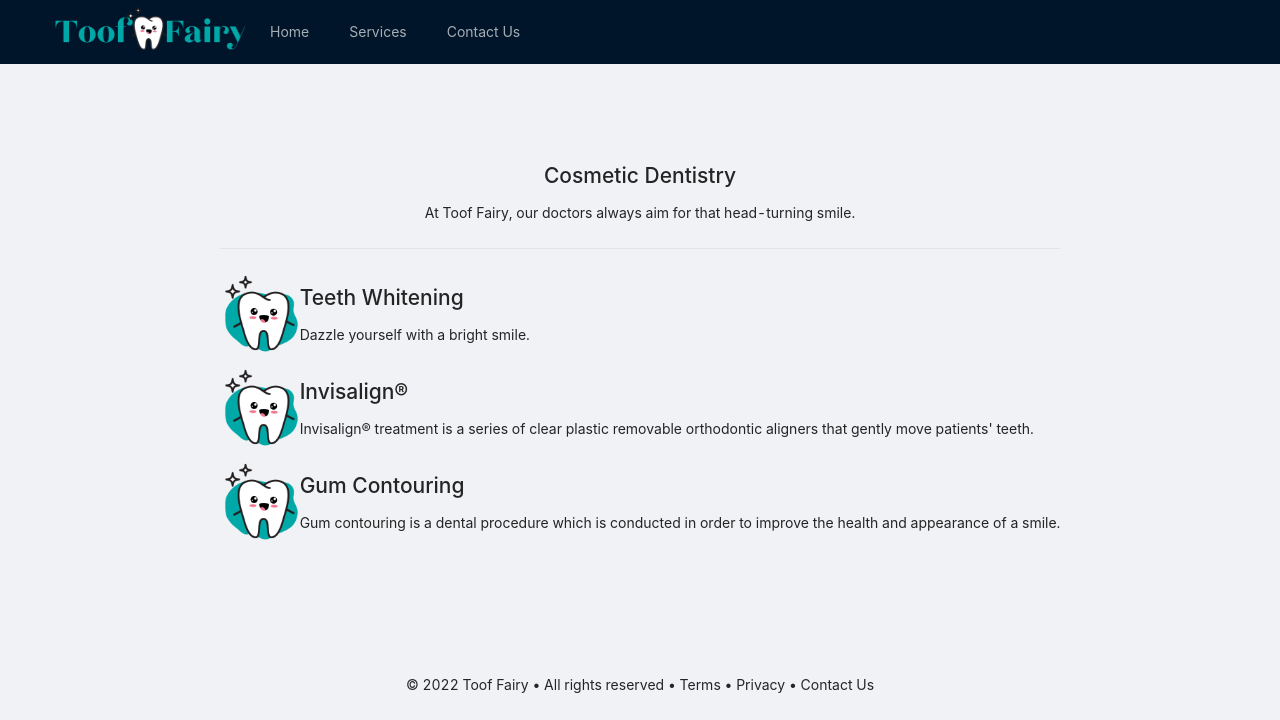
Repository: neldad1/dentist-app
Page: /cosmetic
These files come from the project's save history. The page is drawn as it stood at one moment and after the next save; the edit follows.
The browser window is 1280 px wide. The pictures show the whole page.
The project was rebuilt for these pictures with package versions that can differ from the ones it lists, and the page was loaded fresh each time. Also part of the build but not shown: src/components/Home.jsx, src/components/Contact.jsx, src/components/Services/Resorative.jsx, src/components/Services/Preventative.jsx.

Above is the page before, as saved 2022-03-09 22:02:13.

### public/index.html
<!DOCTYPE html>
<html lang="en">
  <head>
    <meta charset="utf-8" />
    <link rel="ico" href="%PUBLIC_URL%/tfLogo512.svg" />
    <meta name="viewport" content="width=device-width, initial-scale=1" />
    <meta name="theme-color" content="#000000" />
    <meta
      name="description"
      content="Web site created using create-react-app"
    />
    <link rel="apple-touch-icon" href="%PUBLIC_URL%/tfLogo192.png" />
    <!--
      manifest.json provides metadata used when your web app is installed on a
      user's mobile device or desktop. See https://developers.google.com/web/fundamentals/web-app-manifest/
    -->
    <link rel="manifest" href="%PUBLIC_URL%/manifest.json" />
    <!--
      Notice the use of %PUBLIC_URL% in the tags above.
      It will be replaced with the URL of the `public` folder during the build.
      Only files inside the `public` folder can be referenced from the HTML.

      Unlike "/favicon.ico" or "favicon.ico", "%PUBLIC_URL%/favicon.ico" will
      work correctly both with client-side routing and a non-root public URL.
      Learn how to configure a non-root public URL by running `npm run build`.
    -->
    <title>Toof Fairy</title>
  </head>
  <body>
    <noscript>You need to enable JavaScript to run this app.</noscript>
    <div id="root"></div>
    <!--
      This HTML file is a template.
      If you open it directly in the browser, you will see an empty page.

      You can add webfonts, meta tags, or analytics to this file.
      The build step will place the bundled scripts into the <body> tag.

      To begin the development, run `npm start` or `yarn start`.
      To create a production bundle, use `npm run build` or `yarn build`.
    -->
  </body>
</html>

### src/App.js
import { BrowserRouter } from 'react-router-dom';
import './App.css';
import 'antd/dist/antd.min.css';
import Navigation from './components/Router/Navigation';
import AppRoutes from './components/Router/AppRoutes';
import { Layout } from 'antd';
import HeaderLogo from './components/HeaderLogo';
const { Header, Footer, Content } = Layout;

function App() {
  return (
    <Layout className="layout">
      <BrowserRouter>
        <Header>
          <HeaderLogo />
          <Navigation />
        </Header>
        <Content className="content">
          <AppRoutes />
        </Content>
      </BrowserRouter>
      <Footer className="footer">
        © 2022 Toof Fairy • All rights reserved • Terms • Privacy • Contact Us
      </Footer>
    </Layout>
  );
}

export default App;

### src/App.css
.layout {
  height: 100vh;
  width: 100vw;
  text-align: center;
}

.navigation {
  background-color: inherit;;
}

.logo {
  width: 200px;
  height: 50px;
  float: left;
  margin-top: 4px;
}

.footer {
  color: white;
}

.content, .home {
  display: flex;
  flex-direction: column;
  align-items: center;
  justify-content: center;
}

.intro-wrapper {
  text-align: center;
}

.home {
  width: 100%;
  height: 100%;
  background-image: url('/public/cropped.jpg');
  background-size: cover;
  background-repeat: no-repeat;
}

.content-wrapper {
  width: 50%;
  font-family: 'Segoe UI', sans-serif;
  margin-left: 10em;
  color: whitesmoke;
  display: block;
}
.tagline1 {
  font-weight: bolder;
  font-size: 2em;
  margin: 0;
  line-height: 1;
}

.contact-form {
  text-align: left;
}

.service-info {
  display: flex;
  text-align: left;
  margin-bottom: 1em;
  align-items: center;
}

### src/components/Router/Navigation.jsx
import { Link } from 'react-router-dom';
import { Menu } from 'antd';
const { SubMenu } = Menu;

const Navigation = () => {
  return (
    <Menu mode="horizontal" theme="dark">
      <Menu.Item key="home">
        <span>Home</span>
        <Link to="/" />
      </Menu.Item>
      <SubMenu key="subMenu" title="Services">
        <Menu.Item key="cosmetic">
          <span>Cosmetic</span>
          <Link to="/cosmetic" />
        </Menu.Item>
        <Menu.Item key="restore">
          <span>Restorative</span>
          <Link to="/restorative" />
        </Menu.Item>
        <Menu.Item key="prevent">
          <span>Preventative</span>
          <Link to="/preventative" />
        </Menu.Item>
      </SubMenu>
      <Menu.Item key="contact">
        <span>Contact Us</span>
        <Link to="/contact" />
      </Menu.Item>
    </Menu>
  );
};

export default Navigation;

### src/components/Router/AppRoutes.jsx
import { Route, Routes } from 'react-router-dom';
import Home from '../Home';
import Services from '../Services';
import Contact from '../Contact';
import Cosmetic from '../Services/Cosmetic';
import Restorative from '../Services/Resorative';
import Preventative from '../Services/Preventative';

const AppRoutes = () => {
  return (
    <Routes>
      <Route exact path="/" element={<Home />} />
      <Route path="/cosmetic" element={<Cosmetic />} />
      <Route path="/restorative" element={<Restorative />} />
      <Route path="/preventative" element={<Preventative />} />
      <Route path="/contact" element={<Contact />} />
    </Routes>
  );
};

export default AppRoutes;

### src/components/HeaderLogo.jsx
import { Link } from 'react-router-dom';

const HeaderLogo = () => {
  return (
    <Link to="/">
      <img className="logo" src={require('../tfLogo.png')} alt="TF" />
    </Link>
  );
};

export default HeaderLogo;

### src/components/Services/Cosmetic.jsx
import { Divider } from 'antd';
import ToofImg from '../ToofImg';

const Cosmetic = () => {
  return (
    <div>
      <div>
        <h1>Cosmetic Dentistry</h1>
        <p>
          At Toof Fairy, our doctors always aim for that head-turning smile.
        </p>
      </div>
      <Divider />
      <div className="service-info">
        <ToofImg />
        <div>
          <h2>Teeth Whitening</h2>
          <span>Dazzle yourself with a bright smile.</span>
        </div>
      </div>
      <div className="service-info">
        <ToofImg />
        <div>
          <h2>Invisalign®</h2>
          <span>
            Invisalign® treatment is a series of clear plastic removable
            orthodontic aligners that gently move patients' teeth.{' '}
          </span>
        </div>
      </div>
      <div className="service-info">
        <ToofImg />
        <div>
          <h2>Gum Contouring</h2>
          <span>
            Gum contouring is a dental procedure which is conducted in order to
            improve the health and appearance of a smile.{' '}
          </span>
        </div>
      </div>
    </div>
  );
};

export default Cosmetic;

### src/components/ToofImg.jsx
import { Image } from 'antd';

const ToofImg = () => {
  return (
    <div>
      <Image width={80} src={require('../toof.png')} alt="toof" />
    </div>
  );
};

export default ToofImg;

Loaded but not shown: src/index.js (common file); src/index.css (common file); src/reportWebVitals.js (common file)

After the next save:
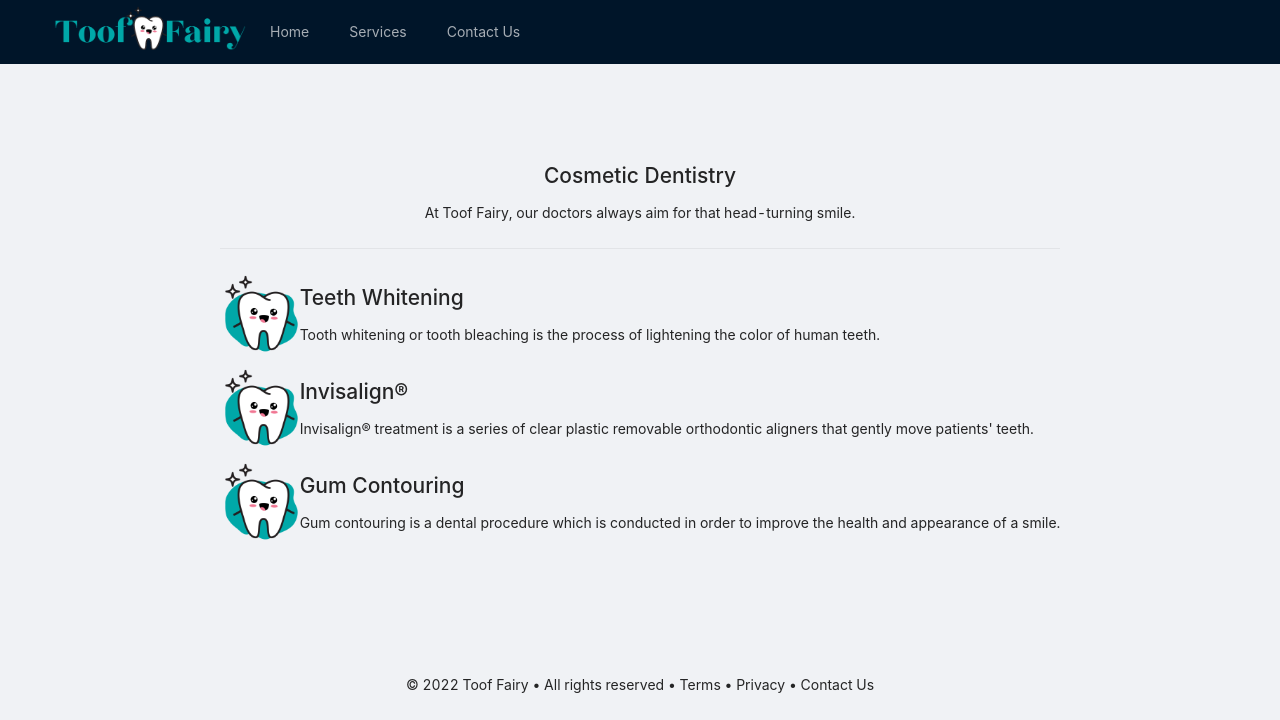
Saved 3 min 3 s later.
--- a/src/components/Services/Cosmetic.jsx
+++ b/src/components/Services/Cosmetic.jsx
@@ -15,7 +15,10 @@ const Cosmetic = () => {
         <ToofImg />
         <div>
           <h2>Teeth Whitening</h2>
-          <span>Dazzle yourself with a bright smile.</span>
+          <span>
+            Tooth whitening or tooth bleaching is the process of lightening the
+            color of human teeth.
+          </span>
         </div>
       </div>
       <div className="service-info">
